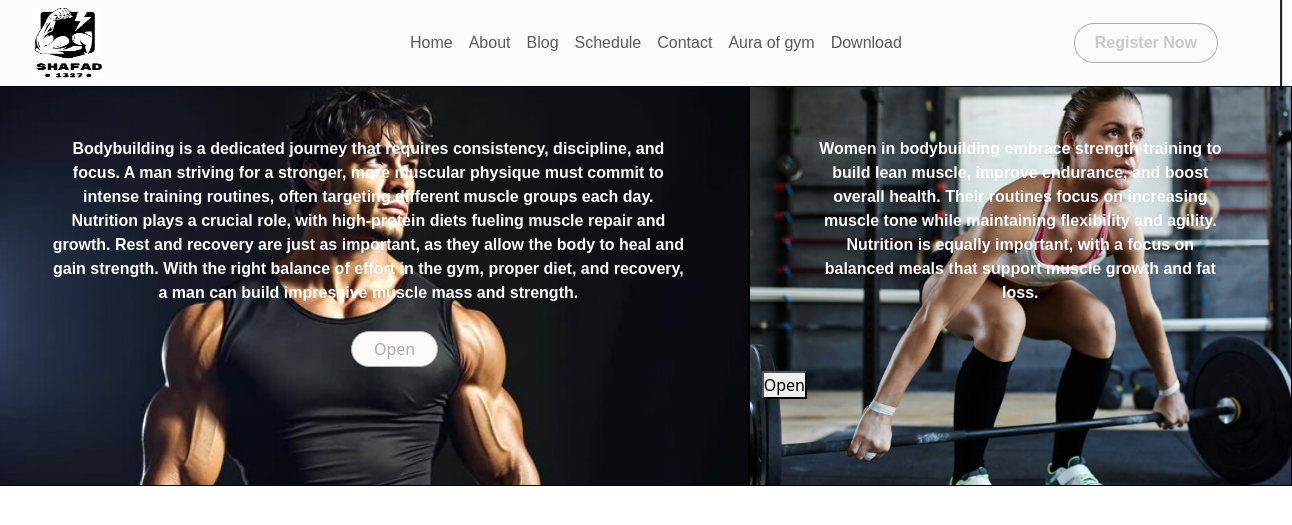
Repository: Daud-shafad/gymwebsite
Page: bootstrap-5.3.3-dist/bootstrap-5.3.3-dist/gym.html
The author's editor kept a copy of each file at every save. The page is drawn from the files as they stood at one save, then again after the next save.
The browser window is 1280 px wide. The page is 1292 px wide, so the pictures cover 1292 px, including what lies to the right of the window. The pictures show the whole page.

Above is the page before, as saved 2024-12-28 13:58:11.

After the next save:
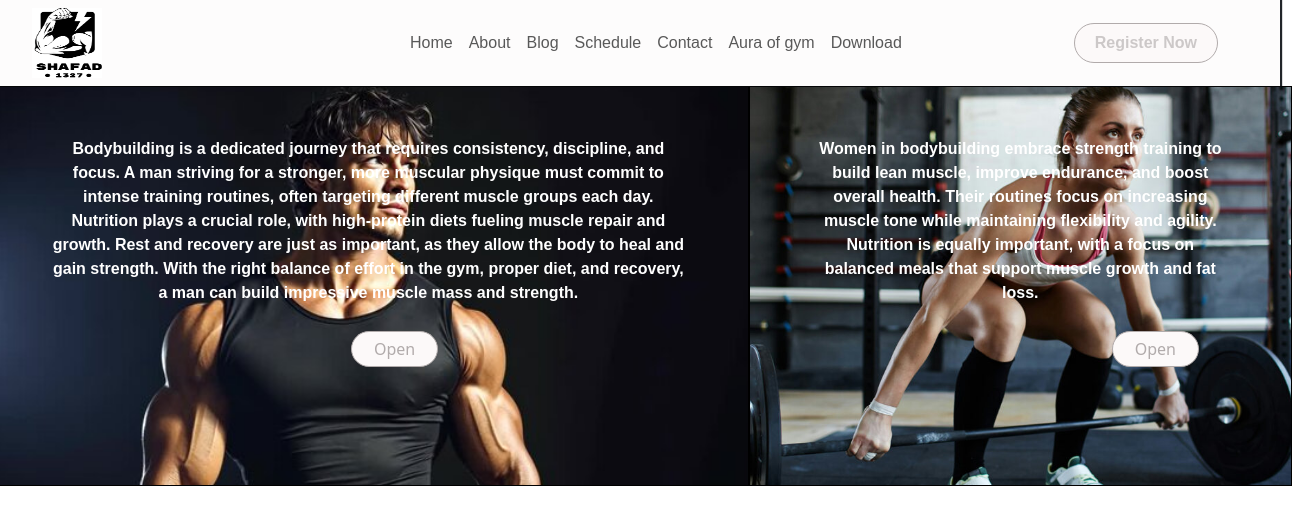
Saved 59 s later.
--- a/bootstrap-5.3.3-dist/bootstrap-5.3.3-dist/gym.css
+++ b/bootstrap-5.3.3-dist/bootstrap-5.3.3-dist/gym.css
@@ -91,3 +91,23 @@
     padding: 50px;
     color: white;
 }
+
+.row .col-5 .btn-open-2{
+    background-color: rgb(252, 249, 249);
+    color: rgb(177, 171, 171);
+    border: 1px solid rgb(177, 171, 171);
+    cursor: pointer;
+    border-radius: 25px;
+    padding: 5px 22px 5px 22px;
+    margin: -40px 50px 50px 350px;
+    vertical-align: top;
+    transition: all 2s;
+ }
+
+ .row .col-5 .btn-open-2:hover{
+     background-color: rgb(177, 171, 171);
+     color: rgb(252, 249, 249);
+     border: rgb(252, 249, 249);
+     letter-spacing: 2px;
+     box-shadow: 2px 1px 2px 2px;
+ }
